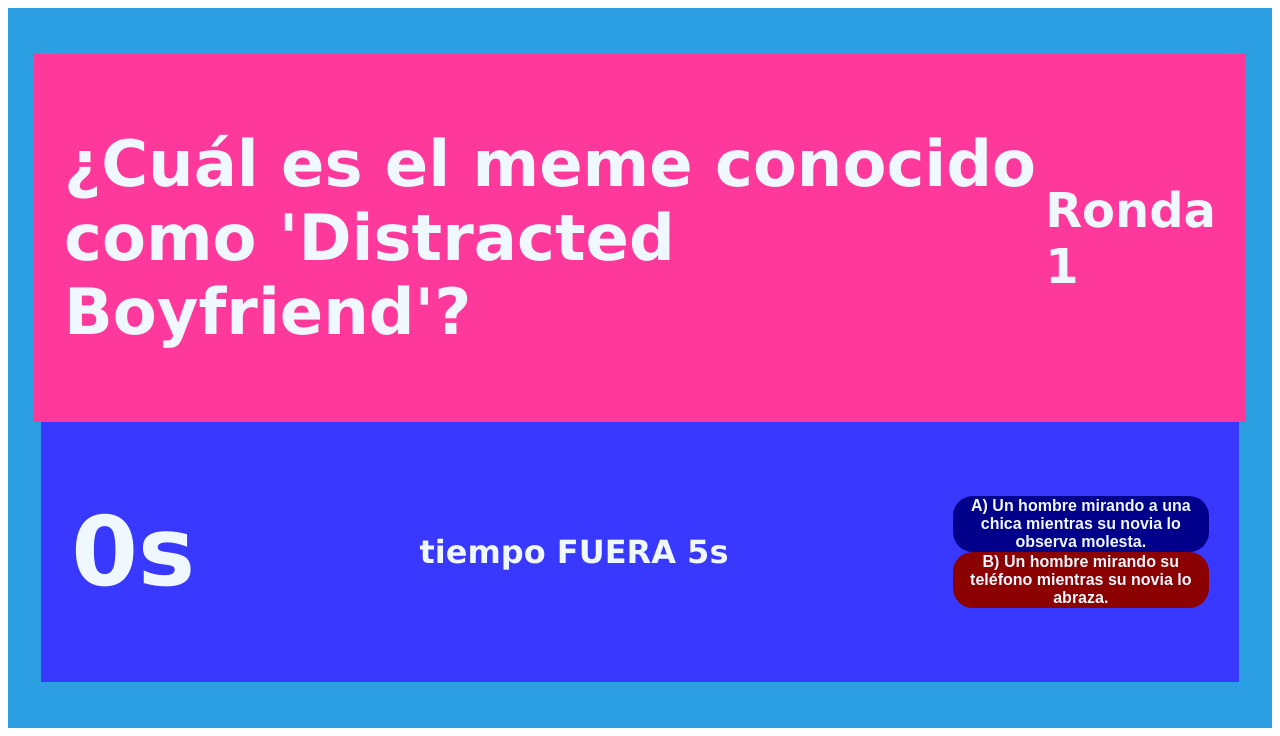
Repository: eschala/Proyecto_Clonaci-n_Kahoot_2023-2
Page: Borrador_Samir_Kahoot_NEW/Prueaba_Validar.html
An editor plug-in stored every save of this project. The page is shown before and after a run of saves, followed by the edit.
The browser window is 1280 px wide. The pictures show the whole page.

Above is the page before, as saved 2023-11-29 15:29:54.

After the next 3 saves:
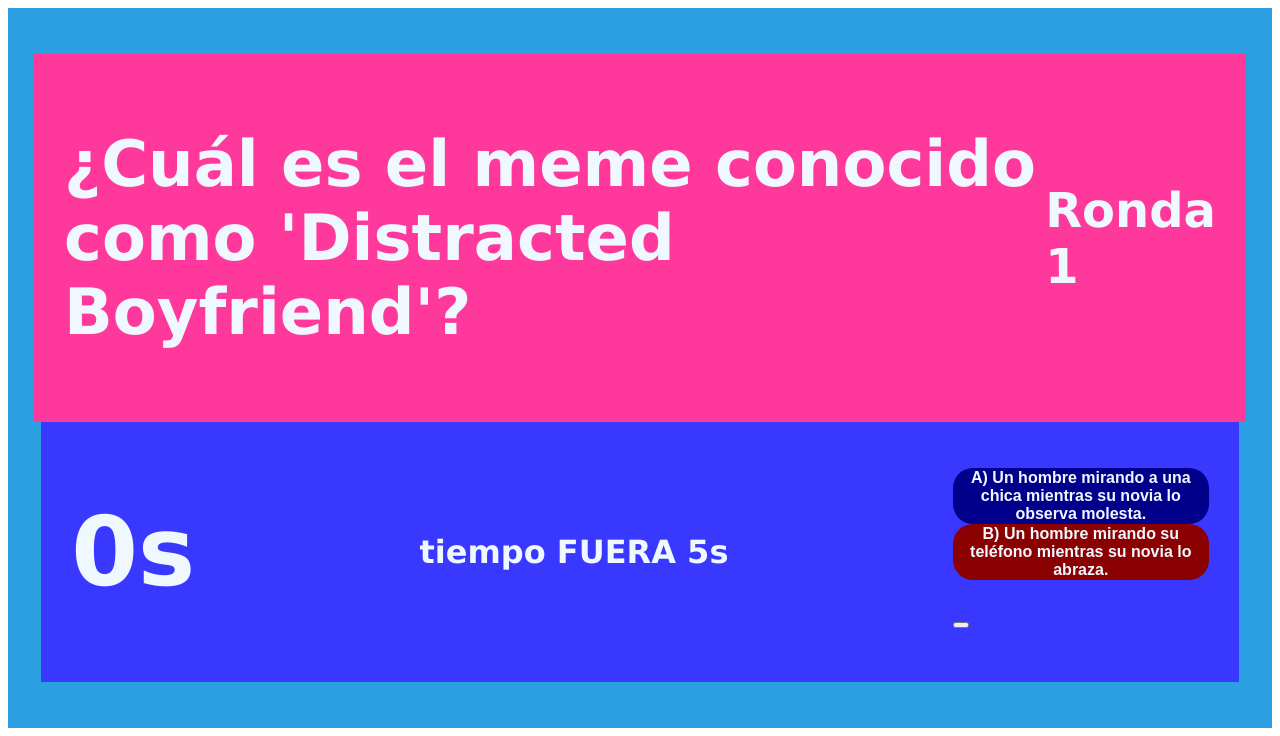
The 3 saves are shown as one change because they came seconds apart.
The last was saved 11 s later.
--- a/Borrador_Samir_Kahoot_NEW/Prueaba_Validar.html
+++ b/Borrador_Samir_Kahoot_NEW/Prueaba_Validar.html
@@ -27,7 +27,7 @@
             <div class="section_Buttons">
                 <div class="btn_content"><button type="button" class="btn_1 botones">opcion A</button></div>
                 <div class="btn_content"><button type="button" class="btn_2 botones">opcion B</button></div>
-
+                    <button type="button"></button>
 
 
         </div>
